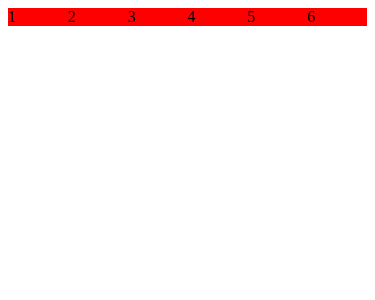
Repository: angularning/nodeProject
Page: partice-learn/JavaScript八股文/日常练习文件夹/grid布局的练习.html
The author's editor kept a copy of each file at every save. The page is drawn from the files as they stood at one save, then again after a run of saves.
The browser window is 375 px wide. The pictures show the whole page.

Above is the page before, as saved 2022-06-22 15:39:15.

After the next 5 saves:
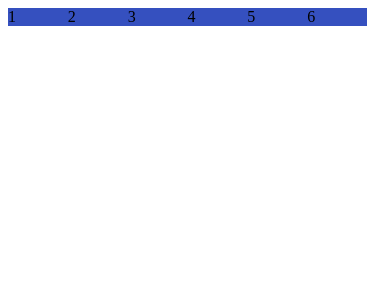
The 5 saves are shown as one change because they came seconds apart.
The last was saved 16 s later.
--- a/partice-learn/JavaScript八股文/日常练习文件夹/grid布局的练习.html
+++ b/partice-learn/JavaScript八股文/日常练习文件夹/grid布局的练习.html
@@ -11,9 +11,14 @@
             background: red;
          }
         }
-        @media screen and (max-width: 400px) {
+        @media screen and (max-width: 600px) {
          .container{
-            background: red;
+            background: rgb(53, 80, 191);
+         }
+        }
+        @media screen and (max-width: 1200px) {
+         .container{
+            background: rgb(53, 80, 191);
          }
         }
         .container{
